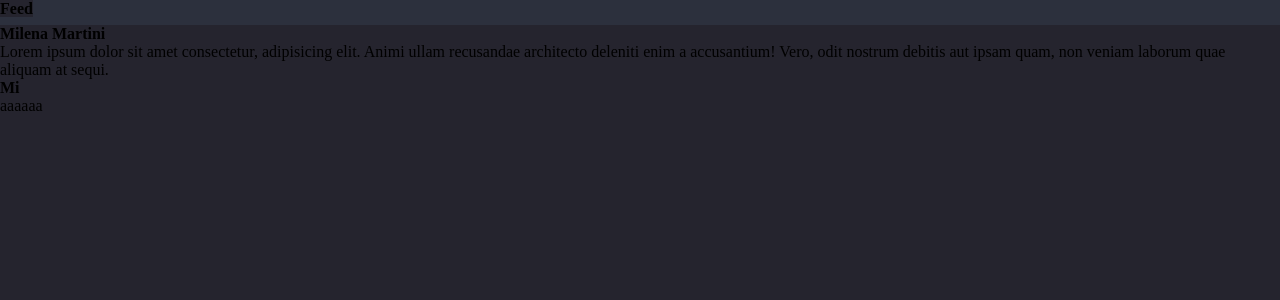
Repository: MilenaMartini/IgniteRckReactJs
Page: /
An editor plug-in stored every save of this project. The page is shown before and after the next save, followed by the edit.
The browser window is 1280 px wide. The pictures show the whole page.
The project was rebuilt for these pictures with package versions that can differ from the ones it lists, and the page was loaded fresh each time. Also part of the build but not shown: vite.config.js.

Above is the page before, as saved 2023-04-14 14:05:12.

After the next save:
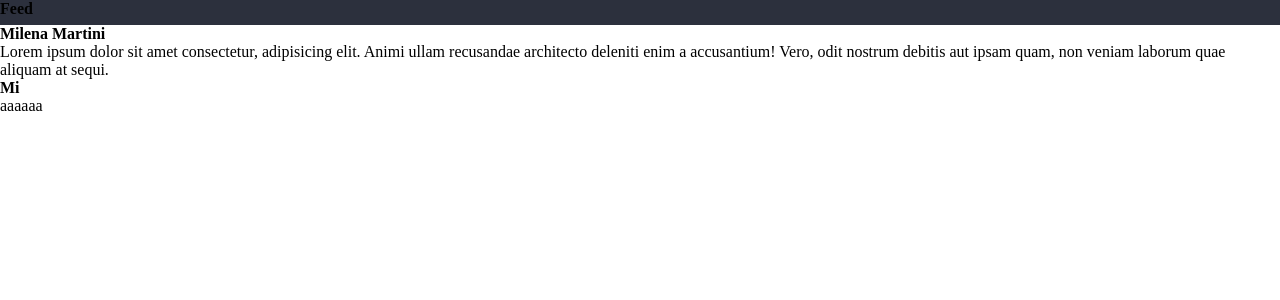
Saved 5 s later.
--- a/src/styles.css
+++ b/src/styles.css
@@ -2,9 +2,9 @@
   margin: 0;
   padding: 0;
   box-sizing: border-box;
-  background-color: #25242e;
 }
 
 body{
-  ba
+  ba  background-color: #25242e;
+
 }

After the save that followed:
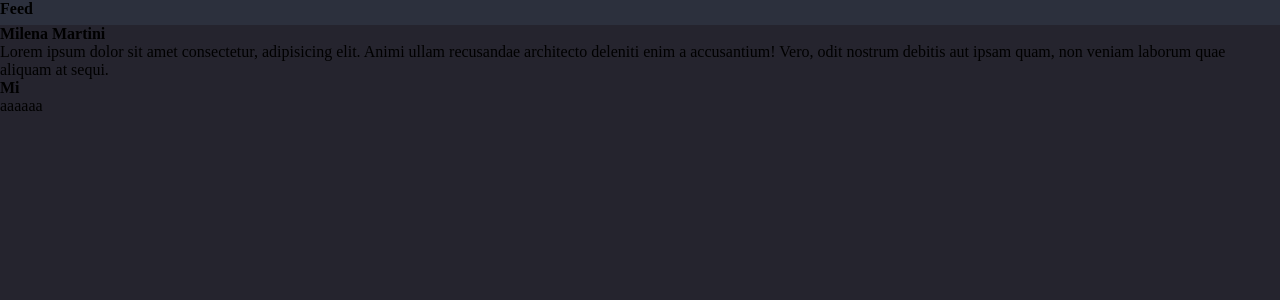
Saved 3 s later.
--- a/src/styles.css
+++ b/src/styles.css
@@ -5,6 +5,6 @@
 }
 
 body{
-  ba  background-color: #25242e;
+  background-color: #25242e;
 
 }
